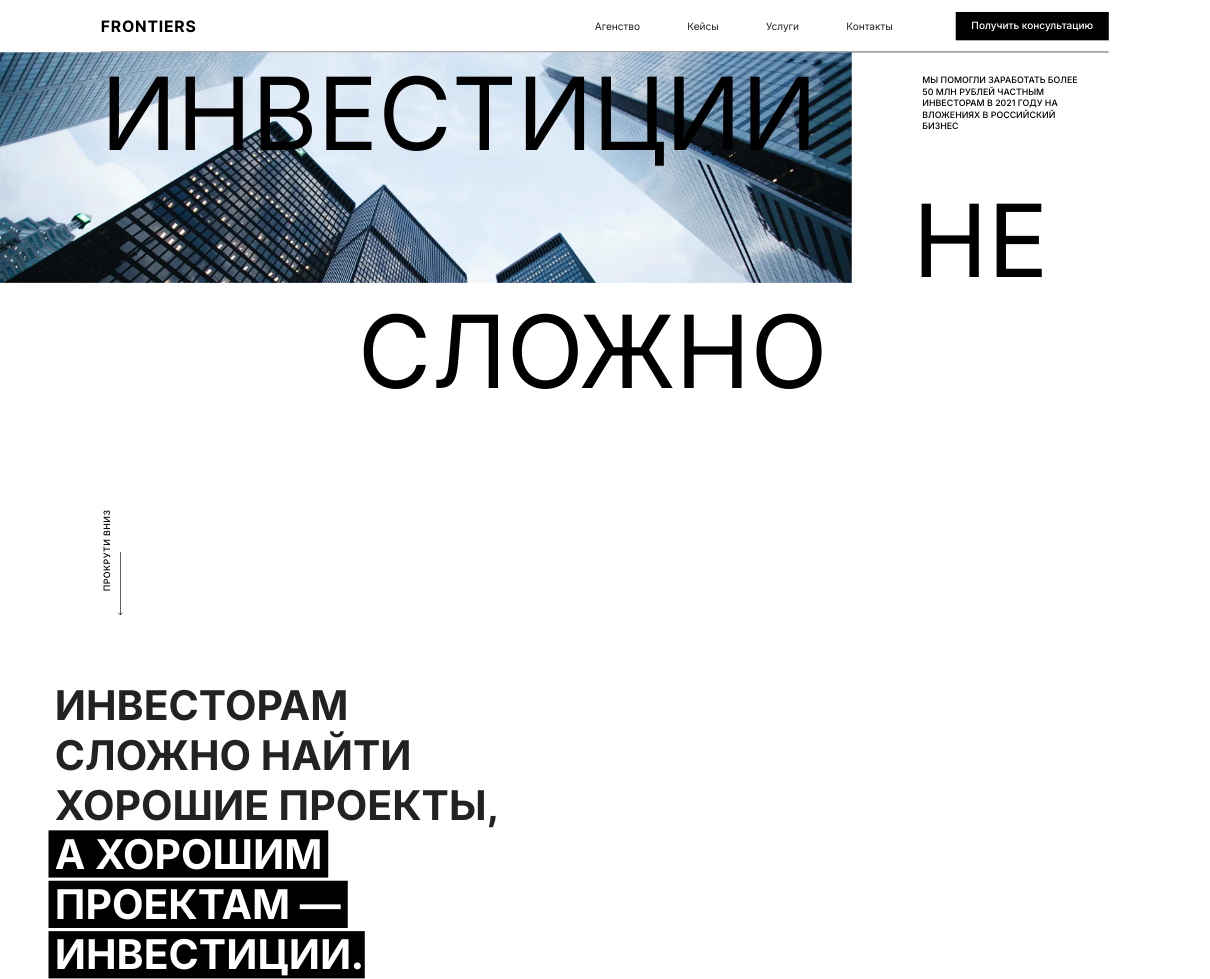
Repository: NadyaKorvin/frontiers
Page: /
The author's editor kept a copy of each file at every save. The page is drawn from the files as they stood at one save, then again after the next save.
The browser window is 1280 px wide. The page is 1920 px wide, so the pictures cover 1920 px, including what lies to the right of the window. The pictures show the whole page, at 63% of full size.
The project was rebuilt for these pictures with package versions that can differ from the ones it lists, and the page was loaded fresh each time.

Above is the page before, as saved 2022-05-23 12:39:03.

After the next save:
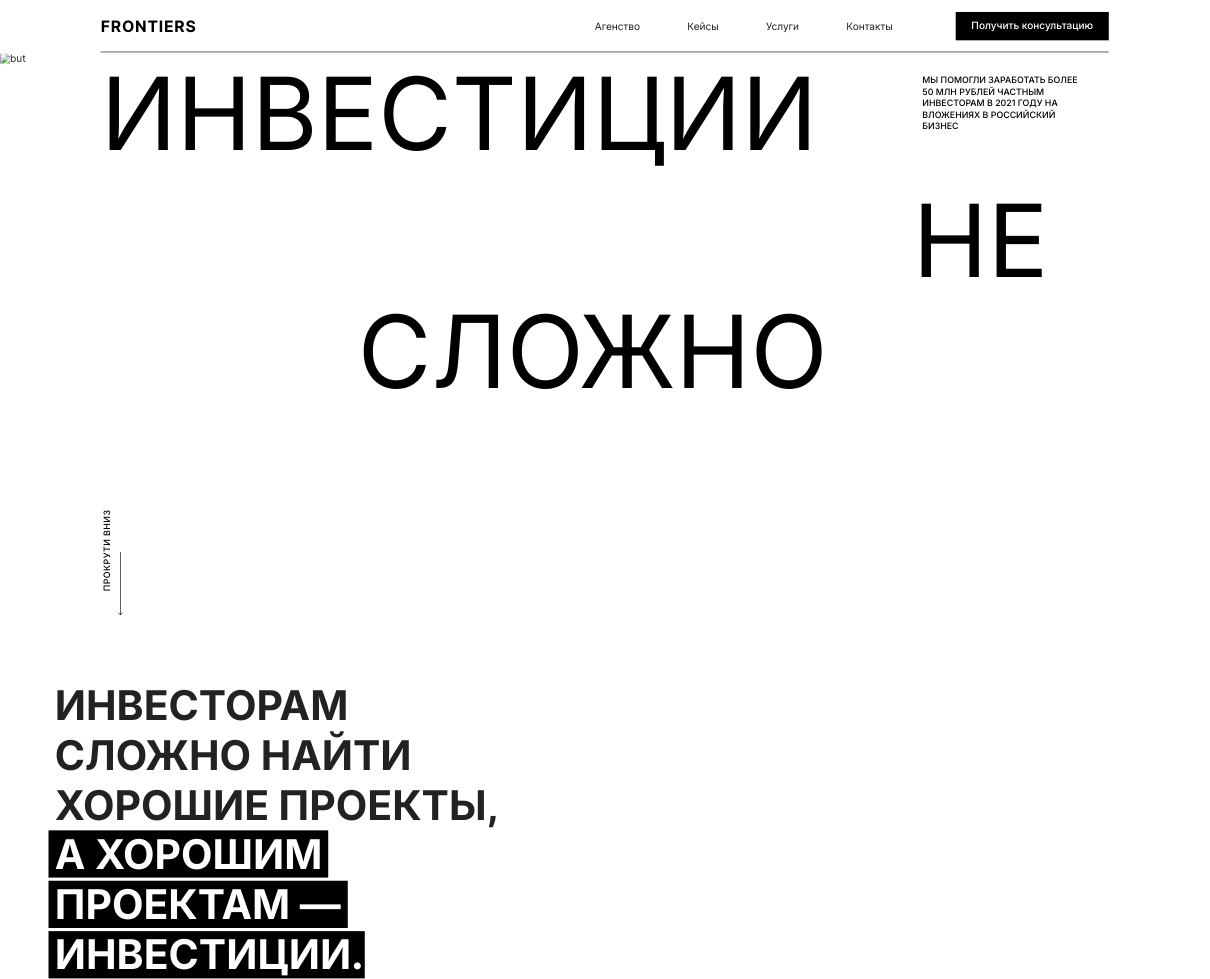
Not found: home/alex/frontiers/src/images/image.webp
Saved 20 s later.
--- a/src/components/firstScreen/FirstScreenAnimation.js
+++ b/src/components/firstScreen/FirstScreenAnimation.js
@@ -16,7 +16,7 @@ export default function FirstScreenAnimation() {
       />
     </svg>
   );
-  const image = "../images/image.webp"
+  const image = "/home/alex/frontiers/src/images/image.webp"
 
   return (
     <>

After the 3 saves that followed:
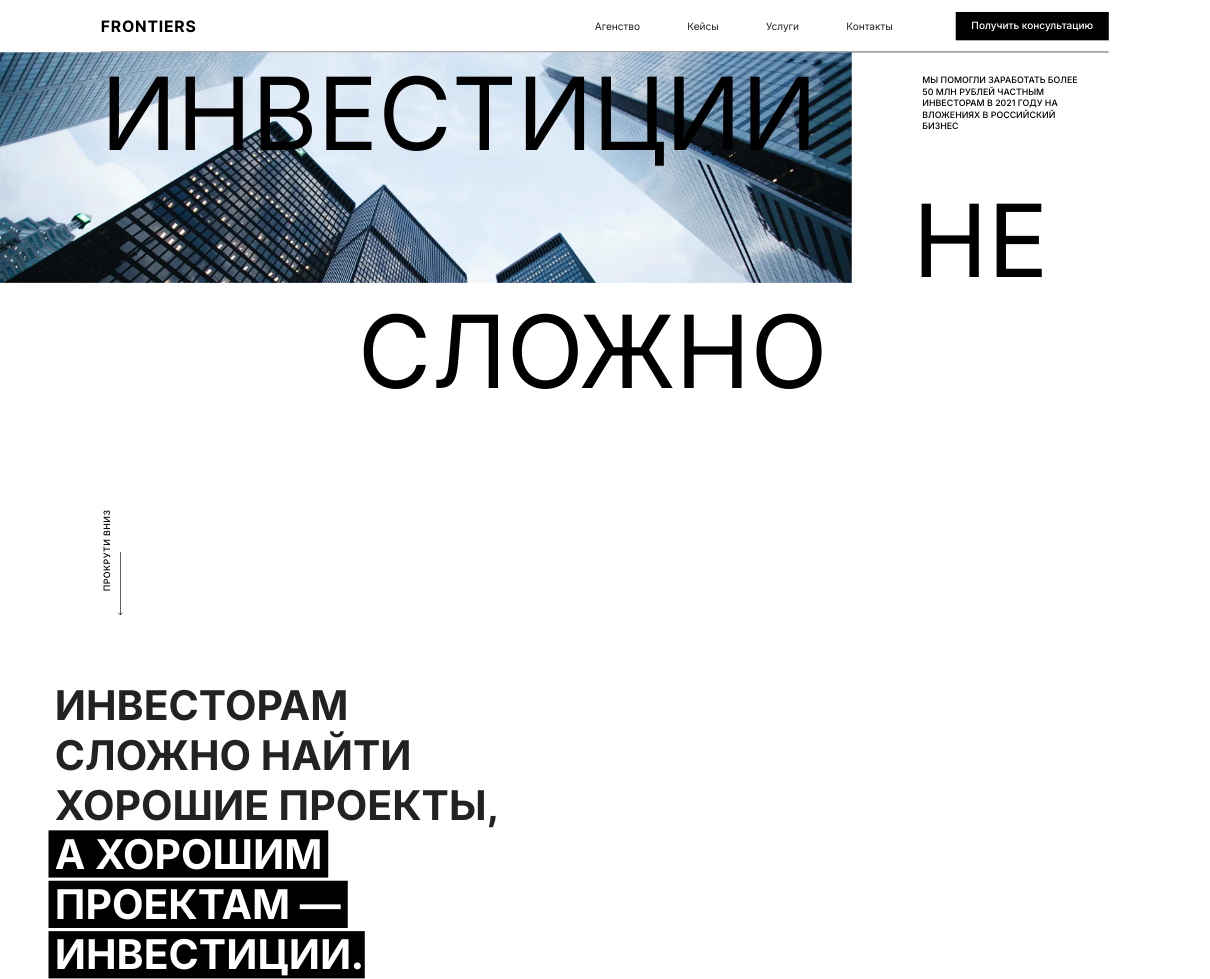
The 3 saves are shown as one change because 2 left the picture as it was.
The last was saved 34 s later.
--- a/src/components/firstScreen/FirstScreenAnimation.js
+++ b/src/components/firstScreen/FirstScreenAnimation.js
@@ -16,7 +16,7 @@ export default function FirstScreenAnimation() {
       />
     </svg>
   );
-  const image = "/home/alex/frontiers/src/images/image.webp"
+  const image = "/images/image.webp"
 
   return (
     <>
